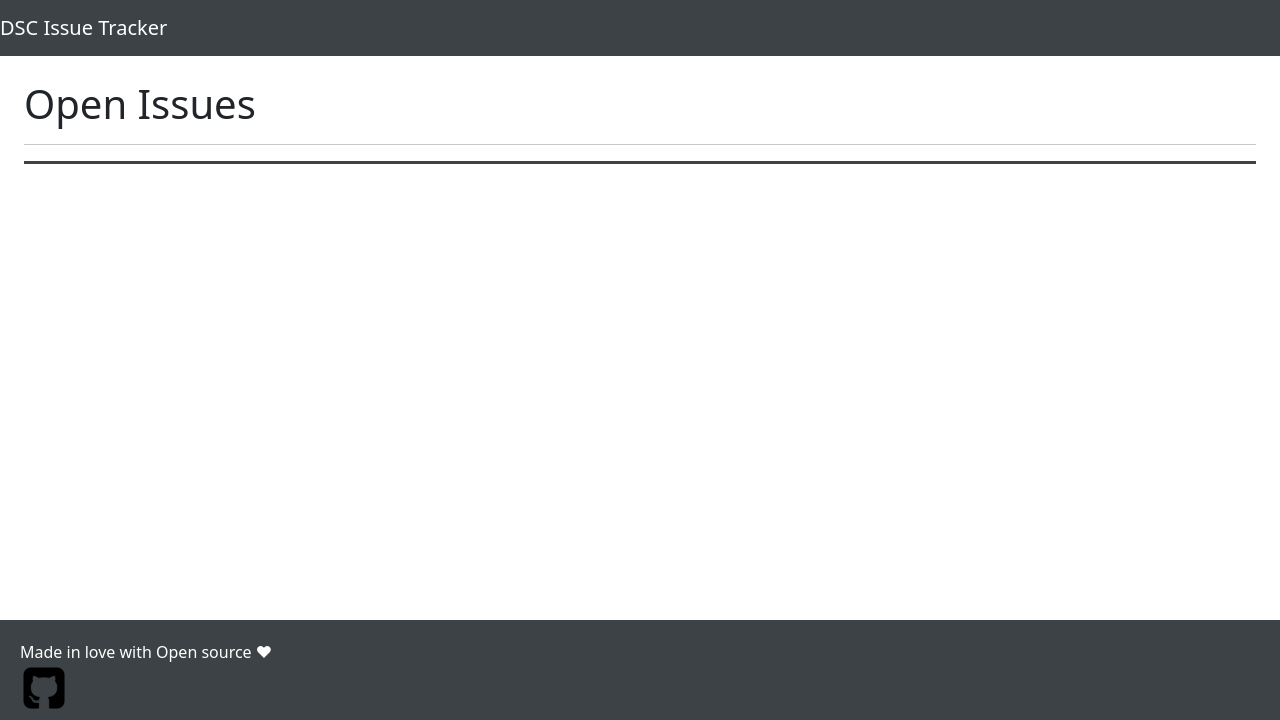
Repository: Tsardines/issue-tracker
Page: index.html
These files come from the project's save history. The page is drawn as it stood at one moment and after the next save; the edit follows.
The browser window is 1280 px wide. The pictures show the whole page.
Some web libraries are served in a nearby version.

Above is the page before, as saved 2019-10-06 21:54:05.
Console error: SyntaxError: Cannot use import statement outside a module

### index.html
<!DOCTYPE html>
<html lang="en">
<head>
    <meta charset="UTF-8">
    <meta name="viewport" content="width=device-width, initial-scale=1.0">
    <meta http-equiv="X-UA-Compatible" content="ie=edge">
    <title>DSC Issue Tracker</title>
    <link rel="stylesheet" href="./node_modules/bootstrap/dist/css/bootstrap.min.css">
    <link rel="stylesheet" href="./css/index.css">
</head>
<body>
    <nav class="navbar navbar-dark">
        <a class="navbar-brand" href="#">
          DSC Issue Tracker
        </a>
    </nav>

    <div class="content-wrapper p-4">
        <h1>Open Issues</h1>
        <hr>
        <div class="content-card">
            <div id="issue-grid"></div>
        </div>
    </div>
    <div class="footer">
        <div class="text-white">
            Made in love with Open source ♥
        </div>
        <div class="footer-links">
            <img class="footer-links_github" src="./images/github.png" alt="github">
        </div>
    </div>
    <script src="./node_modules/popper.js/dist/umd/popper.min.js"></script>
    <script src="./node_modules/jquery/dist/jquery.min.js"></script>
    <script src="./node_modules/bootstrap/dist/js/bootstrap.min.js"></script>

    <script src="./dist/index.js"></script>
    <!-- <script type="module" src="./js/index.js"></script> -->
</body>
</html>

### css/index.css
.navbar {
    background-color:#3c4245;
}

.content-card {
    border-bottom: 3px solid #3c4245;
}

.issueCard {
    display: grid;
    grid-template-columns: auto;
}
.issue-card {
    background-color: #87aeaf;
    padding: 10px;
    color:white;
}

.issue-card > h4 > a {
    color:white;
    text-decoration-line: underline;

}
.issue-card > p > a {
    text-decoration-line: underline;
    color:blue;
    margin-left: 5px;
    margin-right: 5px;
}
.issue-card > p {
    margin-bottom: 2px;
    font-size: 12px;

}

.footer {
    background-color: #3c4245;
    position: absolute;
    bottom: 0;
    height: 100px;
    width: 100%;
    padding:20px;
    font-size: 16px;
}

.footer-links_github {
    color: white;
    width: 3rem;
}

### js/index.js
import injectToHTML from './ui'
fetch('https://api.github.com/search/issues?q=type:issue+org:dsc-jiit-128')
.then(res => res.json())
.then(data => injectToHTML(data.items))

After the next save:
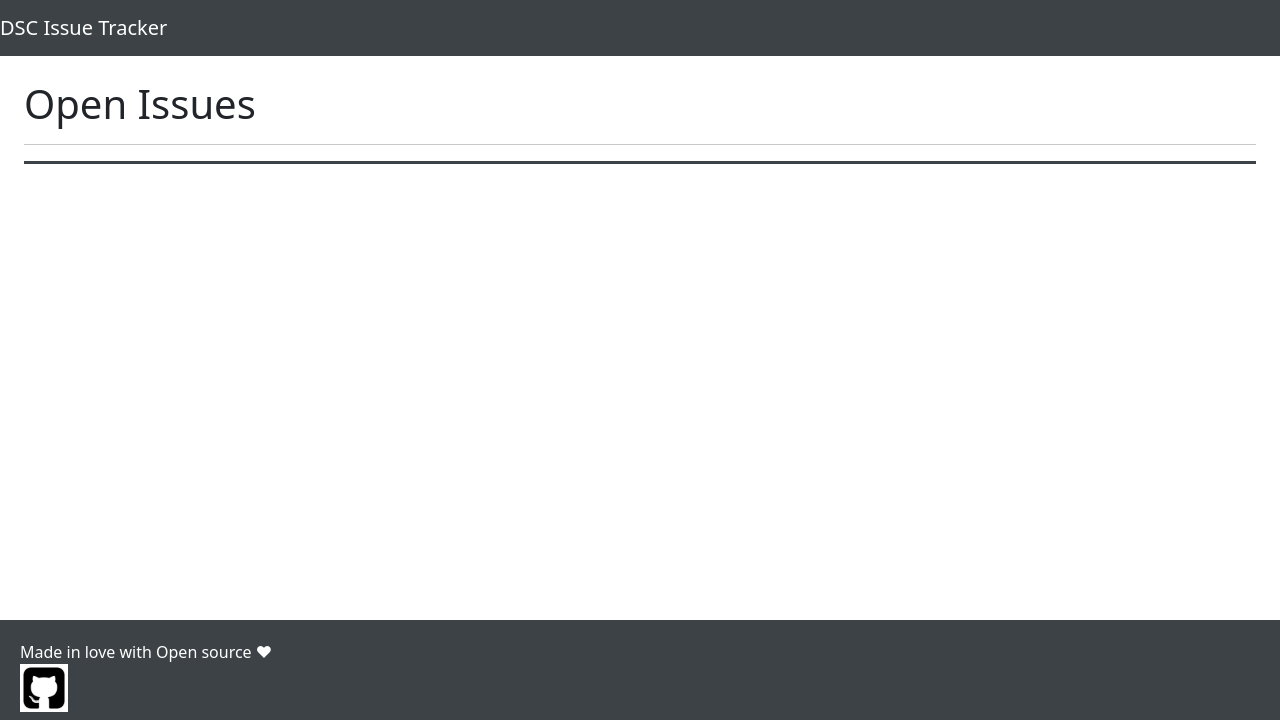
Saved 6 s later.
--- a/css/index.css
+++ b/css/index.css
@@ -44,6 +44,6 @@
 }
 
 .footer-links_github {
-    color: white;
+    background-color: white;
     width: 3rem;
 }
